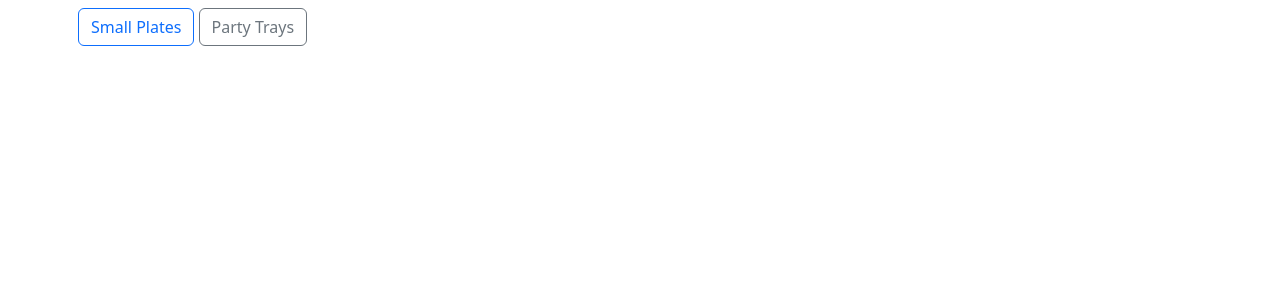
Repository: dukedward/smokehousemenu
Page: index.html
These files come from the project's save history. The page is drawn as it stood at one moment and after the next save; the edit follows.
The browser window is 1280 px wide. The pictures show the whole page.

Above is the page before, as saved 2023-02-28 19:20:09.

After the next save:
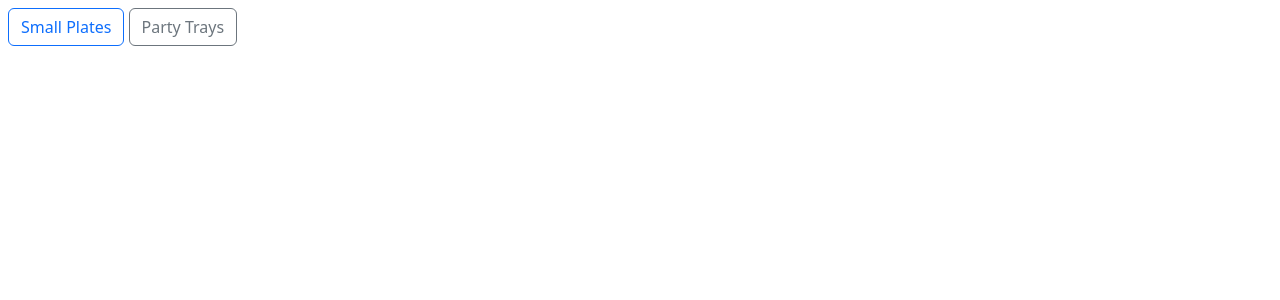
Saved 31 s later.
--- a/index.html
+++ b/index.html
@@ -8,7 +8,7 @@
     <title>4 The Fork of It</title>
 </head>
 <body>
-    <div class="container d-flex p-2">
+    <div class="container d-inline-flex p-2">
         <div class="buttons">
             <button:button class="btn btn-outline-primary">Small Plates</button:button>
             <button:button class="btn btn-outline-secondary">Party Trays</button:button>
